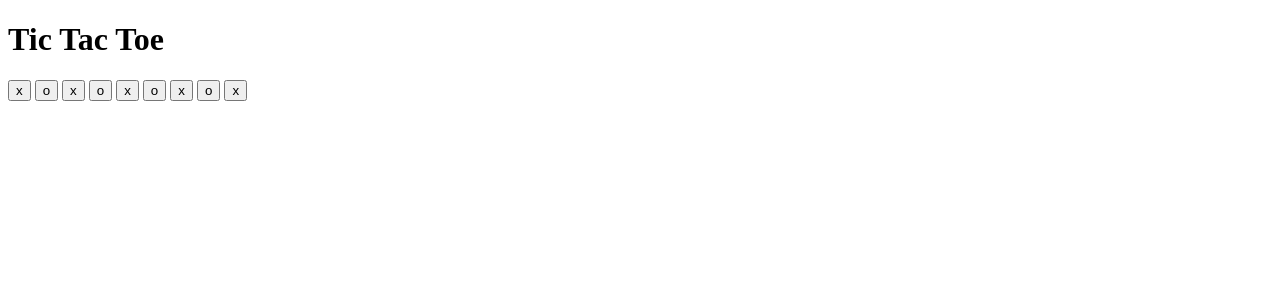
Repository: Mohitkumar1322/FrontendPracticee
Page: TicTacToeProject/index.html
The author's editor kept a copy of each file at every save. The page is drawn from the files as they stood at one save, then again after a run of saves.
The browser window is 1280 px wide. The pictures show the whole page.

Above is the page before, as saved 2025-07-21 18:39:58.

### TicTacToeProject/index.html
<!DOCTYPE html>
<html lang="en">
<head>
    <meta charset="UTF-8">
    <meta name="viewport" content="width=device-width, initial-scale=1.0">
    <title>Tic Tac Toe</title>
    <link rel="stylesheet" href="style.css">
</head>
<body>
    <h1>Tic Tac Toe</h1>
    <div class="container"></div>
    <div class="game">
        <button class="box">x</button>
        <button class="box">o</button>
        <button class="box">x</button>
        <button class="box">o</button>
        <button class="box">x</button>
        <button class="box">o</button>
        <button class="box">x</button>

        <button class="box">o</button>
        <button class="box">x</button>

    </div>
    <script src="script.js"></script>
</body>
</html>

Loaded but not shown: TicTacToeProject/style.css (no stored copy; drawn as an empty file); TicTacToeProject/script.js (no stored copy; drawn as an empty file)

After the next 2 saves:
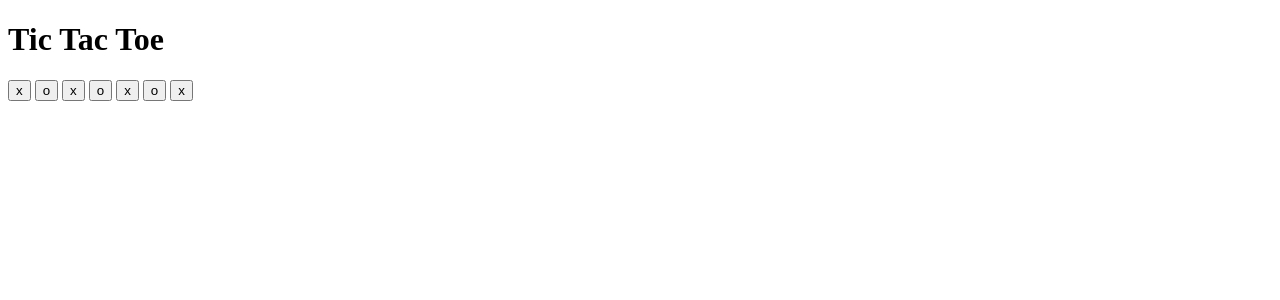
The 2 saves are shown as one change because they came seconds apart.
The last was saved 7 s later.
--- a/TicTacToeProject/index.html
+++ b/TicTacToeProject/index.html
@@ -8,7 +8,7 @@
 </head>
 <body>
     <h1>Tic Tac Toe</h1>
-    <div class="container"></div>
+    <div class="container">
     <div class="game">
         <button class="box">x</button>
         <button class="box">o</button>
@@ -18,10 +18,7 @@
         <button class="box">o</button>
         <button class="box">x</button>
 
-        <button class="box">o</button>
-        <button class="box">x</button>
-
-    </div>
+        </div>
     <script src="script.js"></script>
 </body>
 </html>

After the 2 saves that followed:
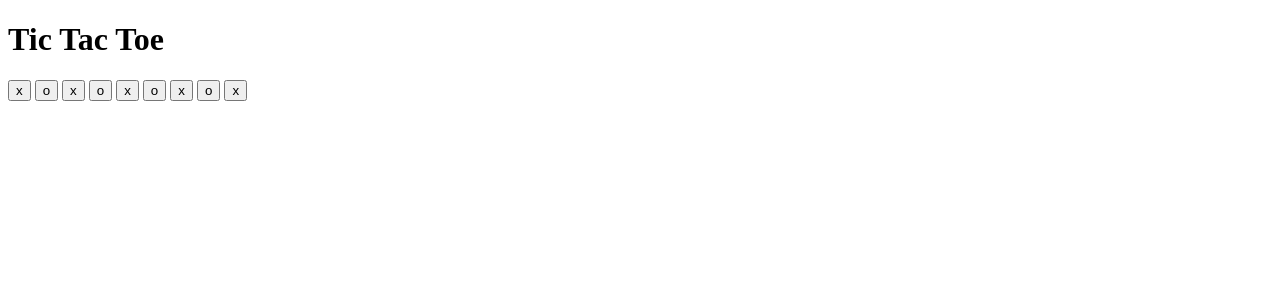
The 2 saves are shown as one change because they came seconds apart.
The last was saved 15 s later.
--- a/TicTacToeProject/index.html
+++ b/TicTacToeProject/index.html
@@ -8,7 +8,7 @@
 </head>
 <body>
     <h1>Tic Tac Toe</h1>
-    <div class="container">
+    <div class="container"></div>
     <div class="game">
         <button class="box">x</button>
         <button class="box">o</button>
@@ -18,7 +18,10 @@
         <button class="box">o</button>
         <button class="box">x</button>
 
-        </div>
+        <button class="box">o</button>
+        <button class="box">x</button>
+
+    </div>
     <script src="script.js"></script>
 </body>
 </html>
